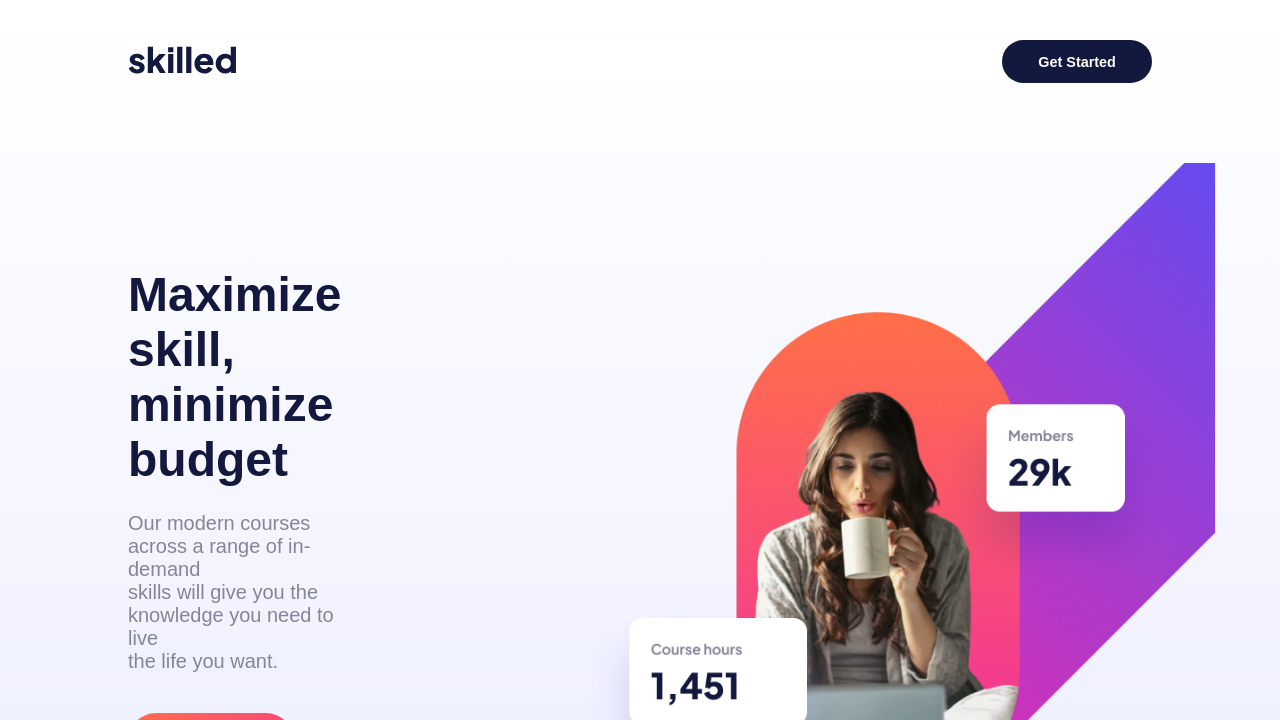
Repository: exe-walt/E-Learning-Landing-Page
Page: index.html
These files come from the project's save history. The page is drawn as it stood at one moment and after a run of saves; the edit follows.
The browser window is 1280 px wide. The pictures show the whole page.
An inner scrolling area shows only its first screen. Some web fonts or font styles are not loaded; a fallback is used.

Above is the page before, as saved 2025-05-30 17:28:24.

### index.html
<!DOCTYPE html> <!-- Document type declaration for HTML5 -->
<html lang="en">
<head>
  <meta charset="UTF-8"> <!-- Character encoding set to UTF-8 -->
  <meta name="viewport" content="width=device-width, initial-scale=1.0"> <!-- Responsive design meta tag -->
  <title>Skilled E-Learning Page</title> <!-- Page title -->
  <link rel="stylesheet" href="css/style.css"> <!-- Link to external CSS file -->
  <link href="https://fonts.cdnfonts.com/css/plus-jakarta-sans" rel="stylesheet"> <!-- Import custom font -->
</head>
<body>
  <div class="content-container"> <!-- Main content container -->

    <!-- NAVBAR SECTION -->
    <div class="navbar">
      <ul>
        <li id="logo">
          <img src="img/skilled-logo.svg" alt="logo">
        </li>
        <li class="navbar-btn">
          <button>Get Started</button> <!-- Call-to-action button -->
        </li>
      </ul>
    </div>

    <!-- HERO SECTION -->
    <div class="hero-section">
      <div class="hero-text">
        <h1>Maximize skill, <br>minimize budget</h1>

        <p>
          Our modern courses across a range of in-demand <br> skills will give you the knowledge you need to live <br> the life you want.
        </p>

        <button class="grad-btn1">Get Started</button>
      </div>
      <div class="main-image">
        <img src="img/hero-img.png" alt="Lady sipping coffee" class="img1">
        <img src="img/Rectangle.png" alt="rectangle" class="overlayrectangle">
      </div>

    </div>

          <!--Popular Courses Cards-->
    <div class="cc"> <!--Courses-Container top-->
      <div class="card main-left">
        <h2>Check out our <br>most popular <br>courses! </h2>
      </div>

      <div class="card">
        <div class="icon">
          <img src="img/animation.svg" alt="Animation Icon">
        </div>
        <h3>Animation</h3>
          <p>Learn the latest animation techniques to create stunning motion design and captivate your audience.</p>
            <a href="#">Get Started</a>
      </div>
      <div class="card">
        <div class="icon">
          <img src="img/design.svg" alt="Design Icon">
        </div>
        <h3>Design</h3>
          <p>Create beautiful, usable interfaces to help shape the future of how the web looks.</p>
            <a href="#">Get Started</a>
      </div>
      <div class="card">
        <div class="icon">
          <img src="img/photography.svg" alt="Photography Icon">
        </div>
        <h3>Photography</h3>
          <p>Explore critical fundamentals like lighting, composition, and focus to capture exceptional photos.</p>
            <a href="#">Get Started</a>
      </div>
      <div class="card">
        <div class="icon">
          <img src="img/crypto.svg" alt="Crypto Icon">
        </div>
        <h3>Crypto</h3>
          <p>All you need to know to get started investing in crypto. Go from beginner to advanced with this 54 hour course.</p>
            <a href="#">Get Started</a>
      </div>
      <div class="card">
        <div class="icon">
          <img src="img/business.svg" alt="Business Icon">
        </div>
        <h3>Business</h3>
          <p>A step-by-step playbook to help you start, scale, and sustain your business without outside investment.</p>
            <a href="#">Get Started</a>
      </div>
    </div>
  </div>

  <!-- FOOTER SECTION -->
  <div class="footer">
    <ul>
      <li id="logo">
        <img src="img/skilled-1.svg" alt="logo">
      </li>
      <li class="footer-btn">
        <button>Get Started</button> <!-- Call-to-action button -->
      </li>
    </ul>
  </div>

</body>
</html>

### css/style.css
* {
  box-sizing: border-box;
  margin: 0;
  padding: 0;
  font-family: "Plus Jakarta Sans", sans-serif;
}

body {
  font-family: "Plus Jakarta Sans", sans-serif;
  margin: 0;
  background: linear-gradient(to bottom, #ffffff, #f0f1ff);
  min-height: 100vh;
}

html,
body {
  height: 100%;
  width: 100%;
  overflow-x: hidden;
}

.content-container {
  max-width: 75em;
  width: 80%;
  height: auto;
  margin: 0 auto;
}

.navbar {
  display: flex;
  justify-content: space-between;
  align-items: center;
  background-color: white;
  margin-top: 2.5em;
}

.navbar ul {
  display: flex;
  align-items: center;
  justify-content: space-between;
  width: 100%;
  list-style: none;
}

#logo img {
  height: 1.75em;
  width: auto;
}

.navbar-btn button {
  background-color: #13183f;
  color: white;
  width: 10.4em;
  height: 3em;
  border: none;
  border-radius: 1.8em;
  padding: 0.6rem 1.5rem;
  font-weight: 600;
  font-size: 0.9rem;
  cursor: pointer;
  transition: background-color 0.3s ease;
}

.navbar-btn button:hover {
  cursor: pointer;
  background-color: #666ca3;
}

.hero-section {
  display: flex;
}

.hero-section img {
  width: 80%;
  height: auto;
}

.main-image {
  position: relative;
}

.img1 {
  width: 105%;
  transform: translate(35%, 80px);
  position: relative;
  z-index: 3;
}

.overlay-rectangle {
  width: 120%;
  /*height: 117%;*/
  height: 110.6%;
  position: absolute;
  top: -21.6%;
  right: -285%;
  z-index: 2;
}

.hero-text {
  margin-top: 11.5em;
}

.hero-text h1 {
  font-weight: 800; /* ExtraBold */
  font-size: 3rem;
  color: #13183f;
}

.hero-text p {
  font-weight: 400; /* Medium */
  font-size: 1.25rem;
  color: #83869a;
  padding-top: 1.25em;
}

.grad-btn1 {
  width: 10.4em;
  height: 3.5em;
  border: none;
  border-radius: 1.8em;
  color: white;
  font-weight: 700;
  font-size: 1em;
  padding: 0.6rem 1.5rem;
  margin-top: 2.5em;
  background: linear-gradient(to bottom right, #ff6f48, #f02aa6);
}

.grad-btn1:hover {
  cursor: pointer;
  background: linear-gradient(
      rgba(255, 255, 255, 0.5),
      rgba(255, 255, 255, 0.5)
    ),
    linear-gradient(to bottom right, #ff6f48, #f02aa6);
}


.cc {
  display: grid;
  gap: 50px 25px;
  grid-template-columns: repeat(3, 1fr);
  margin-top: 10em;
}

.card, .main-left {
  min-height: 300px;
}

.main-left {
  background: linear-gradient(to bottom right, #ff6f48, #f02aa6);
  color: white;
}

.main-left h2 {
  font-size: 2em;
  font-weight: bolder;
  color: white;
  justify-content: center;
}

.card {
  border-radius: 12px;
  background-color: white;
  box-shadow: 0 4px 10px rgba(0, 0, 0, 0.05);
  padding: 2em;
  display: flex;
  flex-direction: column;
  justify-content: space-between;
  gap: 1em;
}

.icon {
  width: 56px;
  height: 56px;
  margin-bottom: 1.5rem;
  margin-top: -4em;
}

.card h3 {
  font-size: 1.25rem;
  color: #13183f;
}

.card p {
  color: #83869a;
  font-size: 1rem;
  flex-grow: 1;
  font-weight: 500;;
}

.card a {
  color: #f74780;
  font-weight: bold;
  text-decoration: none;
}

.card a:hover {
  transition: 0.3s ease;
  color: #fa8fb1;
}

.footer {
  background-color: #13183f;
  margin-top: 5.5em;
}

.footer ul {
  display: flex;
  align-items: center;
  justify-content: space-between;
  list-style-type: none;
  max-width: 75em;
  width: 80%;
  height: 7.5em;
  margin: 0 auto;
}

.footer-btn button {
  width: 10.4em;
  height: 3em;
  border: none;
  border-radius: 1.8em;
  color: white;
  font-weight: 700;
  font-size: 1em;
  background: linear-gradient(to bottom right, #4851ff, #f02aa6);
}

.footer-btn button:hover {
  cursor: pointer;
  background: linear-gradient(
      rgba(255, 255, 255, 0.5),
      rgba(255, 255, 255, 0.5)
    ),
    linear-gradient(to bottom right, #4851ff, #f02aa6);
}

After the next 2 saves:
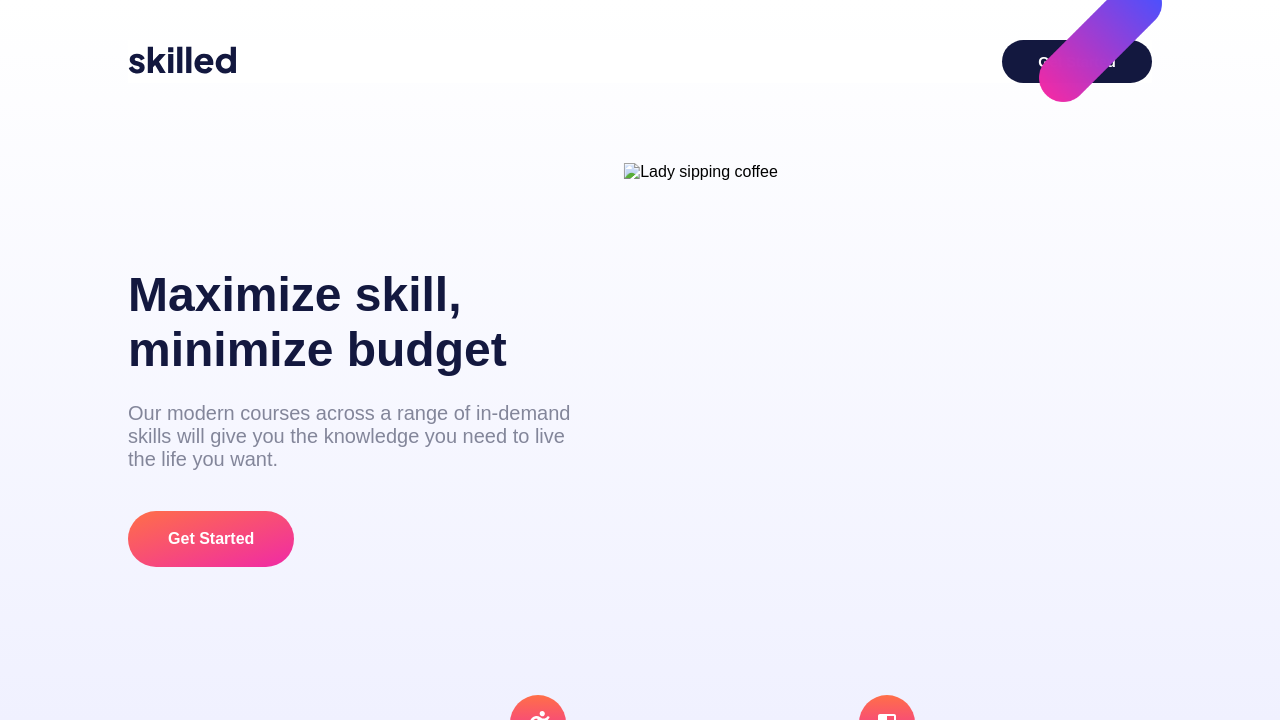
Not found: img/rec2.png
The 2 saves are shown as one change because they came seconds apart.
The last was saved 7 s later.
--- a/index.html
+++ b/index.html
@@ -34,8 +34,8 @@
         <button class="grad-btn1">Get Started</button>
       </div>
       <div class="main-image">
-        <img src="img/hero-img.png" alt="Lady sipping coffee" class="img1">
-        <img src="img/Rectangle.png" alt="rectangle" class="overlayrectangle">
+        <img src="img/rec2.png" alt="Lady sipping coffee" class="img1">
+        <img src="img/Rectangle.png" alt="rectangle" class="overlay-rectangle">
       </div>
 
     </div>

After the save that followed:
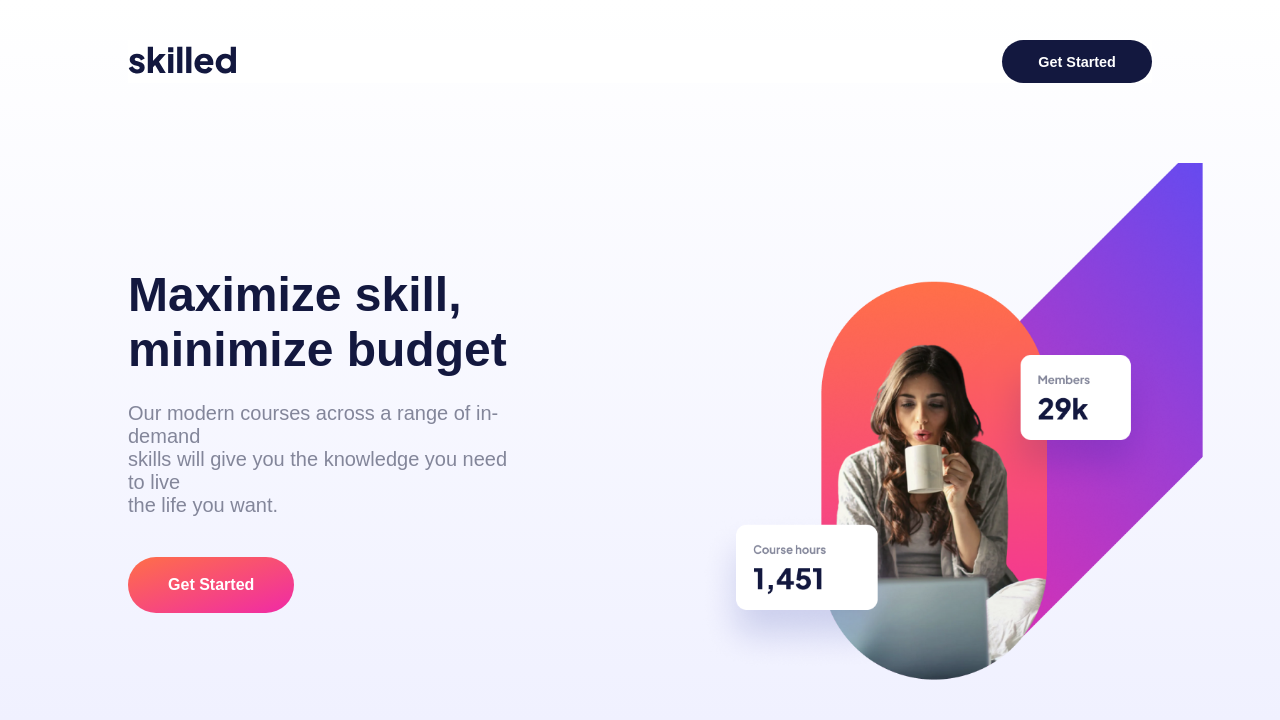
Saved 4 s later.
--- a/index.html
+++ b/index.html
@@ -34,7 +34,7 @@
         <button class="grad-btn1">Get Started</button>
       </div>
       <div class="main-image">
-        <img src="img/rec2.png" alt="Lady sipping coffee" class="img1">
+        <img src="img/hero-img.png" alt="Lady sipping coffee" class="img1">
         <img src="img/Rectangle.png" alt="rectangle" class="overlay-rectangle">
       </div>
 
